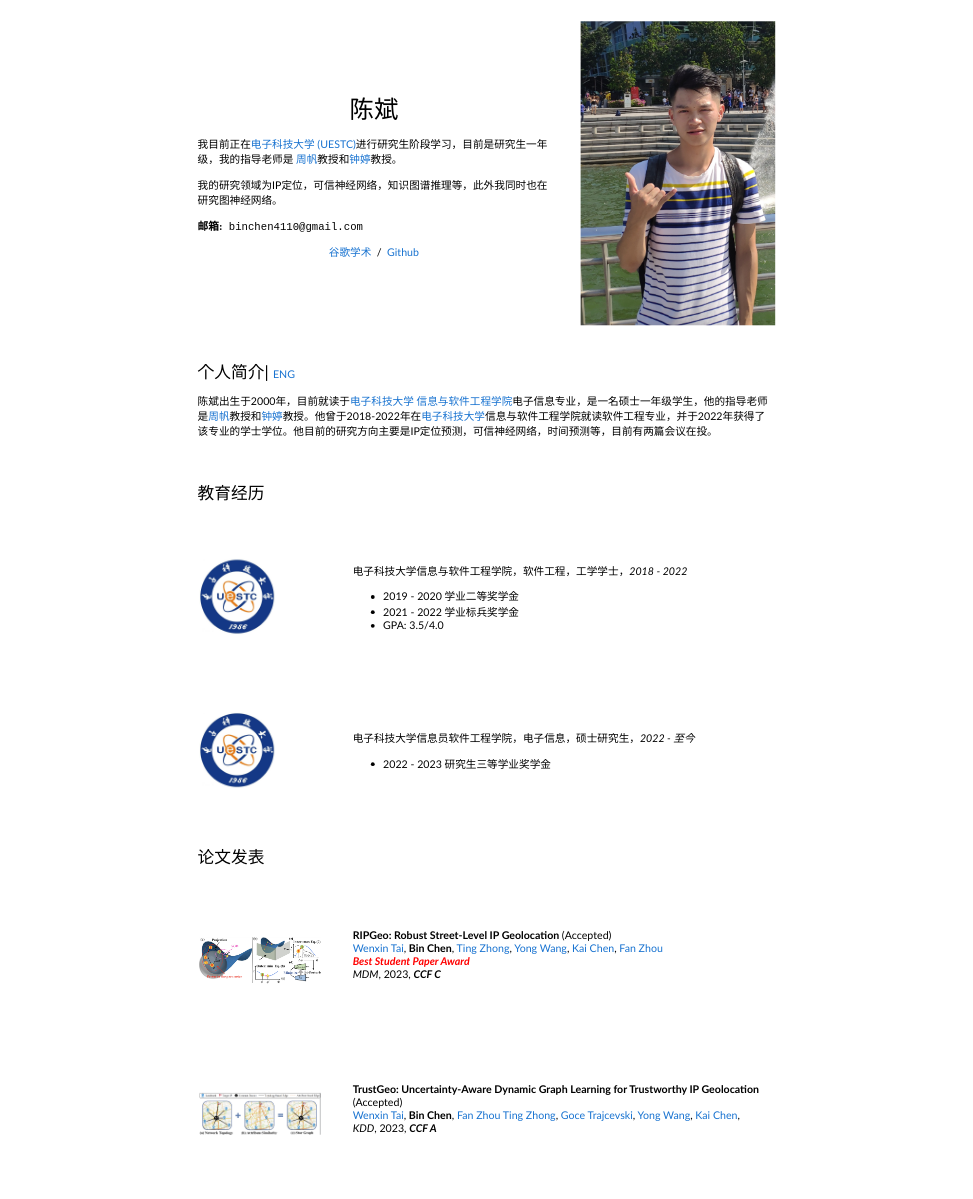
Repository: b1nchen/b1nchen.github.io
Page: index_CHN.html
An editor plug-in stored every save of this project. The page is shown before and after the next save, followed by the edit.
The browser window is 1280 px wide. The pictures show the part of the page from y = 0 to 1578 px (the page is 1950 px tall), at 76% of full size.
A picture or video elsewhere on the page could not be fetched, so the positions and the page height are approximate.

Above is the page before, as saved 2023-07-06 11:06:18.

### index_CHN.html
<!DOCTYPE HTML>
<html lang="en">

<head>
  <meta http-equiv="Content-Type" content="text/html; charset=UTF-8">

  <title>Bin Chen</title>

  <meta name="author" content="Bin Chen">
  <meta name="viewport" content="width=device-width, initial-scale=1">

  <link rel="stylesheet" type="text/css" href="stylesheet.css">
  <link rel="icon" href="images/uestc_icon.jpeg">
</head>

<body>
  <table
    style="width:100%;max-width:800px;border:0px;border-spacing:0px;border-collapse:separate;margin-right:auto;margin-left:auto;">
    <tbody>
      <tr style="padding:0px">
        <td style="padding:0px">
          <table
            style="width:100%;border:0px;border-spacing:0px;border-collapse:separate;margin-right:auto;margin-left:auto;">
            <tbody>
              <tr style="padding:0px">
                <td style="padding:2.5%;width:63%;vertical-align:middle">
                  <p style="text-align:center">
                    <name>陈斌</name>
                  </p>
                  <p>我目前正在<a href="https://en.uestc.edu.cn/">电子科技大学 (UESTC)</a>进行研究生阶段学习，目前是研究生一年级，我的指导老师是 <a
                      href="https://scholar.google.com/citations?user=Ihj2Rw8AAAAJ">周帆</a>教授和<a
                      href="https://scholar.google.com/citations?user=Mdr0XDkAAAAJ">钟婷</a>教授。
                  </p>
                  <p>
                    我的研究领域为IP定位，可信神经网络，知识图谱推理等，此外我同时也在研究图神经网络。
                  </p>
                  <p style="font-family: 'Courier New', Courier, monospace;">
                    <b style="font-family: 'Times New Roman', Times, serif;">邮箱:</b> binchen4110@gmail.com
                    <br>
                    <!-- &nbsp &nbsp &nbsp
                    haoyang[dot]yu417[at]outlook.com <br> -->


                  </p>
                  <p style="text-align:center">
                    <!-- <a href="resume/resume_chn.pdf">个人简历</a> &nbsp/&nbsp -->
                    <a>谷歌学术</a>
                    &nbsp/&nbsp
                    <a href="https://github.com/binchen4110/">Github</a>
                  </p>

                </td>
                <td style="padding:2.5%;width:40%;max-width:40%">
                  <a href="images/profile.jpg"><img style="width:100%;max-width:100%" alt="profile photo"
                      src="images/profile.jpg" class="hoverZoomLink"></a>
                </td>
              </tr>
            </tbody>
          </table>

          <table
            style="width:100%;border:0px;border-spacing:0px;border-collapse:separate;margin-right:auto;margin-left:auto;">
            <tbody>
              <tr>
                <td style="padding:20px;width:100%;vertical-align:middle">
                  <heading>个人简介| <a href="index.html">ENG</a>
                  </heading>
                  <p>
                    陈斌出生于2000年，目前就读于<a
                    href="https://www.uestc.edu.cn/">电子科技大学</a>  <a
                    href="https://www.sise.uestc.edu.cn/">信息与软件工程学院</a>电子信息专业，是一名硕士一年级学生，他的指导老师是<a
                      href="https://scholar.google.com/citations?user=Ihj2Rw8AAAAJ">周帆</a>教授和<a
                      href="https://scholar.google.com/citations?user=Mdr0XDkAAAAJ">钟婷</a>教授。他曾于2018-2022年在<a href="https://www.uestc.edu.cn/">电子科技大学</a>信息与软件工程学院就读软件工程专业，并于2022年获得了该专业的学士学位。他目前的研究方向主要是IP定位预测，可信神经网络，时间预测等，目前有两篇会议在投。<br>

                  </p>
                </td>
              </tr>
            </tbody>
          </table>
          <table
            style="width:100%;border:0px;border-spacing:0px;border-collapse:separate;margin-right:auto;margin-left:auto;">
            <tbody>

            </tbody>
          </table>

          <table
            style="width:100%;border:0px;border-spacing:0px;border-collapse:separate;margin-right:auto;margin-left:auto;">
            <tbody>
              <tr>
                <td style="padding:20px;width:100%;vertical-align:middle">
                  <heading>教育经历</heading>
                </td>
              </tr>
            </tbody>
          </table>
          <table width="100%" align="center" border="0" cellpadding="20">
            <tbody>

              <tr>
                <td style="padding:20px;width:25%;vertical-align:middle">
                  <div class="flexbox">
                    <img src='images/uestc_icon.jpeg' width="100px">
                  </div>
                </td>
                <td style="padding:20px;width:75%;vertical-align:middle">
                  <p>电子科技大学信息与软件工程学院，软件工程，工学学士，<em>2018 -  2022 </em></p>
                  <ul>
                    <li>
                      2019 - 2020 学业二等奖学金
                    </li>
                    <li>
                      2021 - 2022 学业标兵奖学金
                    </li>
                    <li>
                      GPA: 3.5/4.0
                    </li>
                  </ul>
                  <p> </p>
                </td>
              </tr>


              <tr>
                <td style="padding:20px;width:25%;vertical-align:middle">
                  <div class="flexbox">
                    <img src='images/uestc_icon.jpeg' width="100px">
                  </div>
                </td>
                <td style="padding:20px;width:75%;vertical-align:middle">
                  <p>电子科技大学信息员软件工程学院，电子信息，硕士研究生，<em>2022 - 至今</em></p>
                  <ul>
                    <li>2022 - 2023 研究生三等学业奖学金</li>
                  </ul>
                </td>
              </tr>


              <!-- <tr>
                <td align="center" style="padding:20px;width:25%;vertical-align:middle">
                  <heading>Basically <br> Blog Posts</heading>
                </td>
                <td width="75%" valign="middle">
                  <a href="https://arxiv.org/abs/2112.11687">Squareplus: A Softplus-Like Algebraic Rectifier</a>
                  <br>
                  <a href="https://arxiv.org/abs/2010.09714">A Convenient Generalization of Schlick's Bias and Gain
                    Functions</a>
                  <br>
                  <a href="https://arxiv.org/abs/1704.07483">Continuously Differentiable Exponential Linear Units</a>
                </td>
              </tr> -->


            </tbody>
          </table>

          <table width="100%" align="center" border="0" cellspacing="0" cellpadding="20">
            <tbody>
              <tr>
                <td>
                  <heading>论文发表</heading>
                </td>
              </tr>
            </tbody>
          </table>
          <table width="100%" align="center" border="0" cellpadding="20">
            <tbody>

              <!-- MDM 2023 -->
                <tr onmouseout="ripgeo_data()" onmouseover="ripgeo_para()">
                  <td style="padding:20px;width:25%;vertical-align:middle">
                    <div class="one">
                      <div class="two" id='data'>
                        <img src='images/ripgeo_perturb_data.png' width="160">


                      </div>
                      <img src="images/ripgeo_perturb_para.png" width="160">
                    </div>
                    <script type="text/javascript">
                      function ripgeo_data() {
                        document.getElementById('data').style.opacity = "0";
                      }

                      function ripgeo_para() {
                        document.getElementById('data').style.opacity = "1";
                      }
                      ripgeo_data()
                    </script>
                  </td>
                  <td style="padding:20px;width:75%;vertical-align:middle">

                    <papertitle>RIPGeo: Robust Street-Level IP Geolocation </papertitle>(Accepted)

                    <br>
                    <a href="https://scholar.google.com/citations?user=YyxocAIAAAAJ">Wenxin Tai</a>,
                    <strong>Bin Chen</strong>,
                    <a href="https://scholar.google.com/citations?user=Mdr0XDkAAAAJ">Ting Zhong</a>,
                    <a>Yong Wang</a>,
                    <a href="https://scholar.google.com/citations?user=tnRV5QYAAAAJ">Kai Chen</a>,
                    <a href="https://scholar.google.com/citations?user=Ihj2Rw8AAAAJ">Fan Zhou</a>

                    <br>
                    <em><b style="color:red">Best Student Paper Award</b></em>
                    <br>
                    <em>MDM</em>, 2023, <em><strong>CCF C</strong></em>
                    <br>
                    <a href="https://ojs.aaai.org/index.php/AAAI/article/view/21687"></a>
                    <!-- <a href="https://ieeexplore.ieee.org/document/9747900">链接</a>,
                    <a href="https://youtu.be/uT1pEfHbo14">视频</a>,
                    <a href="papers/ICASSP_5513_poster.pdf">海报</a>,
                    <a href="papers/ICASSP_slides.pptx">幻灯片</a>,
                    <a href="papers/ICASSP_2022_FUFI.pdf">下载</a>
                    <p></p>
                    <p>We incorporate evidential learning into IP geolocation to improve the stability of the system.. -->
                    </p>
                  </td>
                </tr>


                <!-- KDD 2023 -->
                <tr onmouseout="FUFI_intro()" onmouseover="FUFI_end()">
                  <td style="padding:20px;width:25%;vertical-align:middle">
                    <div class="one">
                      <div class="two" id='method'>
                        <img src='images/trustgeo_method.png' width="160">


                      </div>
                      <img src="images/trustgeo_model.png" width="160">
                    </div>
                    <script type="text/javascript">
                      function FUFI_intro() {
                        document.getElementById('method').style.opacity = "0";
                      }

                      function FUFI_end() {
                        document.getElementById('method').style.opacity = "1";
                      }
                      FUFI_intro()
                    </script>
                  </td>
                  <td style="padding:20px;width:75%;vertical-align:middle">

                    <papertitle>TrustGeo: Uncertainty-Aware Dynamic Graph Learning for Trustworthy IP Geolocation </papertitle>(Accepted)

                    <br>
                    <a href="https://scholar.google.com/citations?user=YyxocAIAAAAJ">Wenxin Tai</a>,
                    <strong>Bin Chen</strong>,
                    <a href="https://scholar.google.com/citations?user=Ihj2Rw8AAAAJ">Fan Zhou</a>
                    <a href="https://scholar.google.com/citations?user=Mdr0XDkAAAAJ">Ting Zhong</a>,
                    <a href="https://scholar.google.com/citations?user=Avus2kcAAAAJ">Goce Trajcevski</a>,
                    <a>Yong Wang</a>,
                    <a href="https://scholar.google.com/citations?user=tnRV5QYAAAAJ">Kai Chen</a>,

                    <br>
                    <em>KDD</em>, 2023, <em><strong>CCF A</strong></em>
                    <br>
                    <!-- <a href="https://ieeexplore.ieee.org/document/9747900">链接</a>,
                    <a href="https://youtu.be/uT1pEfHbo14">视频</a>,
                    <a href="papers/ICASSP_5513_poster.pdf">海报</a>,
                    <a href="papers/ICASSP_slides.pptx">幻灯片</a>,
                    <a href="papers/ICASSP_2022_FUFI.pdf">下载</a>
                    <p></p>
                    <p>We incorporate evidential learning into IP geolocation to improve the stability of the system.. -->
                    </p>
                  </td>
                </tr>


              </tbody>
          </table>
        </td>
      </tr>
  </table>
  <center>
  <p>
    <font size="2">
      <font size="2">
        <font size="2">&nbsp;<br>自2023年2月来的第
          &nbsp; <a href="https://www.easycounter.com/">
            <img src="https://www.easycounter.com/counter.php?hyson"
            border="0" alt="Web Site Hit Counter"></a> <i>
            <font face="Arial" size="2"></font>
          </i></font>位独立访客
      </font>
    </font>
  </p>


  <!-- <p><script type="text/javascript" id="clustrmaps" src="//clustrmaps.com/map_v2.js?d=zTeQ7rUwgmcb-VHkgGnJarI7gvpzTVAFessGPwxe0HU&cl=ffffff&w=a"></script></p> -->
  <p style="color: #AAAAAA;">© 2023 陈斌 | Powered by <a href="https://pattonyu.github.io/">余昊扬</a> and <a href="https://jonbarron.info/">Jon Barron </a> | 更新时间
      2023-02-28 |
      友情链接: <a href="https://xovee.cn">Xovee Xu</a></p>
  </center>
</body>

</html>

### stylesheet.css
/* latin-ext */
@font-face {
  font-family: 'Lato';
  font-style: italic;
  font-weight: 400;
  src: local('Lato Italic'), local('Lato-Italic'), url(https://fonts.gstatic.com/s/lato/v15/S6u8w4BMUTPHjxsAUi-qNiXg7eU0.woff2) format('woff2');
  unicode-range: U+0100-024F, U+0259, U+1E00-1EFF, U+2020, U+20A0-20AB, U+20AD-20CF, U+2113, U+2C60-2C7F, U+A720-A7FF;
}
/* latin */
@font-face {
  font-family: 'Lato';
  font-style: italic;
  font-weight: 400;
  src: local('Lato Italic'), local('Lato-Italic'), url(https://fonts.gstatic.com/s/lato/v15/S6u8w4BMUTPHjxsAXC-qNiXg7Q.woff2) format('woff2');
  unicode-range: U+0000-00FF, U+0131, U+0152-0153, U+02BB-02BC, U+02C6, U+02DA, U+02DC, U+2000-206F, U+2074, U+20AC, U+2122, U+2191, U+2193, U+2212, U+2215, U+FEFF, U+FFFD;
}
/* latin-ext */
@font-face {
  font-family: 'Lato';
  font-style: italic;
  font-weight: 700;
  src: local('Lato Bold Italic'), local('Lato-BoldItalic'), url(https://fonts.gstatic.com/s/lato/v15/S6u_w4BMUTPHjxsI5wq_FQftx9897sxZ.woff2) format('woff2');
  unicode-range: U+0100-024F, U+0259, U+1E00-1EFF, U+2020, U+20A0-20AB, U+20AD-20CF, U+2113, U+2C60-2C7F, U+A720-A7FF;
}
/* latin */
@font-face {
  font-family: 'Lato';
  font-style: italic;
  font-weight: 700;
  src: local('Lato Bold Italic'), local('Lato-BoldItalic'), url(https://fonts.gstatic.com/s/lato/v15/S6u_w4BMUTPHjxsI5wq_Gwftx9897g.woff2) format('woff2');
  unicode-range: U+0000-00FF, U+0131, U+0152-0153, U+02BB-02BC, U+02C6, U+02DA, U+02DC, U+2000-206F, U+2074, U+20AC, U+2122, U+2191, U+2193, U+2212, U+2215, U+FEFF, U+FFFD;
}
/* latin-ext */
@font-face {
  font-family: 'Lato';
  font-style: normal;
  font-weight: 400;
  src: local('Lato Regular'), local('Lato-Regular'), url(https://fonts.gstatic.com/s/lato/v15/S6uyw4BMUTPHjxAwXiWtFCfQ7A.woff2) format('woff2');
  unicode-range: U+0100-024F, U+0259, U+1E00-1EFF, U+2020, U+20A0-20AB, U+20AD-20CF, U+2113, U+2C60-2C7F, U+A720-A7FF;
}
/* latin */
@font-face {
  font-family: 'Lato';
  font-style: normal;
  font-weight: 400;
  src: local('Lato Regular'), local('Lato-Regular'), url(https://fonts.gstatic.com/s/lato/v15/S6uyw4BMUTPHjx4wXiWtFCc.woff2) format('woff2');
  unicode-range: U+0000-00FF, U+0131, U+0152-0153, U+02BB-02BC, U+02C6, U+02DA, U+02DC, U+2000-206F, U+2074, U+20AC, U+2122, U+2191, U+2193, U+2212, U+2215, U+FEFF, U+FFFD;
}
/* latin-ext */
@font-face {
  font-family: 'Lato';
  font-style: normal;
  font-weight: 700;
  src: local('Lato Bold'), local('Lato-Bold'), url(https://fonts.gstatic.com/s/lato/v15/S6u9w4BMUTPHh6UVSwaPGQ3q5d0N7w.woff2) format('woff2');
  unicode-range: U+0100-024F, U+0259, U+1E00-1EFF, U+2020, U+20A0-20AB, U+20AD-20CF, U+2113, U+2C60-2C7F, U+A720-A7FF;
}
/* latin */
@font-face {
  font-family: 'Lato';
  font-style: normal;
  font-weight: 700;
  src: local('Lato Bold'), local('Lato-Bold'), url(https://fonts.gstatic.com/s/lato/v15/S6u9w4BMUTPHh6UVSwiPGQ3q5d0.woff2) format('woff2');
  unicode-range: U+0000-00FF, U+0131, U+0152-0153, U+02BB-02BC, U+02C6, U+02DA, U+02DC, U+2000-206F, U+2074, U+20AC, U+2122, U+2191, U+2193, U+2212, U+2215, U+FEFF, U+FFFD;
}

a {
  color: #1772d0;
  text-decoration: none;
}

a:focus,
a:hover {
  color: #f09228;
  text-decoration: none;
}

body,
td,
th,
tr,
p,
a {
  font-family: 'Lato', Verdana, Helvetica, sans-serif;
  font-size: 14px
}

strong {
  font-family: 'Lato', Verdana, Helvetica, sans-serif;
  font-size: 14px;
}

heading {
  font-family: 'Lato', Verdana, Helvetica, sans-serif;
  font-size: 22px;
}

papertitle {
  font-family: 'Lato', Verdana, Helvetica, sans-serif;
  font-size: 14px;
  font-weight: 700
}

name {
  font-family: 'Courier New', Courier, monospace;
  font-size: 32px;
}


.flexbox{
  width: 160px;
  height: 160px;
  display: flex;
  align-items: center;
  justify-items: center;
  /* text-align: center; */
}

.flexbox img{
  justify-items: center;
  align-items: center;
  /* text-align: center; */
}


.one {
  width: 160px;
  height: 160px;
  display: flex;
  position: relative;
  align-items: center;
}

.one img{
  width: 160px;
  align-items: center;
}

.two {
  width: 160px;
  height: 160px;
  display: flex;
  position: absolute;
  transition: opacity .2s ease-in-out;
  -moz-transition: opacity .2s ease-in-out;
  -webkit-transition: opacity .2s ease-in-out;
  align-items: center;
}

.two img{
  width: 160px;
  align-items: center;
}

.fade {
  transition: opacity .2s ease-in-out;
  -moz-transition: opacity .2s ease-in-out;
  -webkit-transition: opacity .2s ease-in-out;
}

span.highlight {
  background-color: #ffffd0;
}

After the next save:
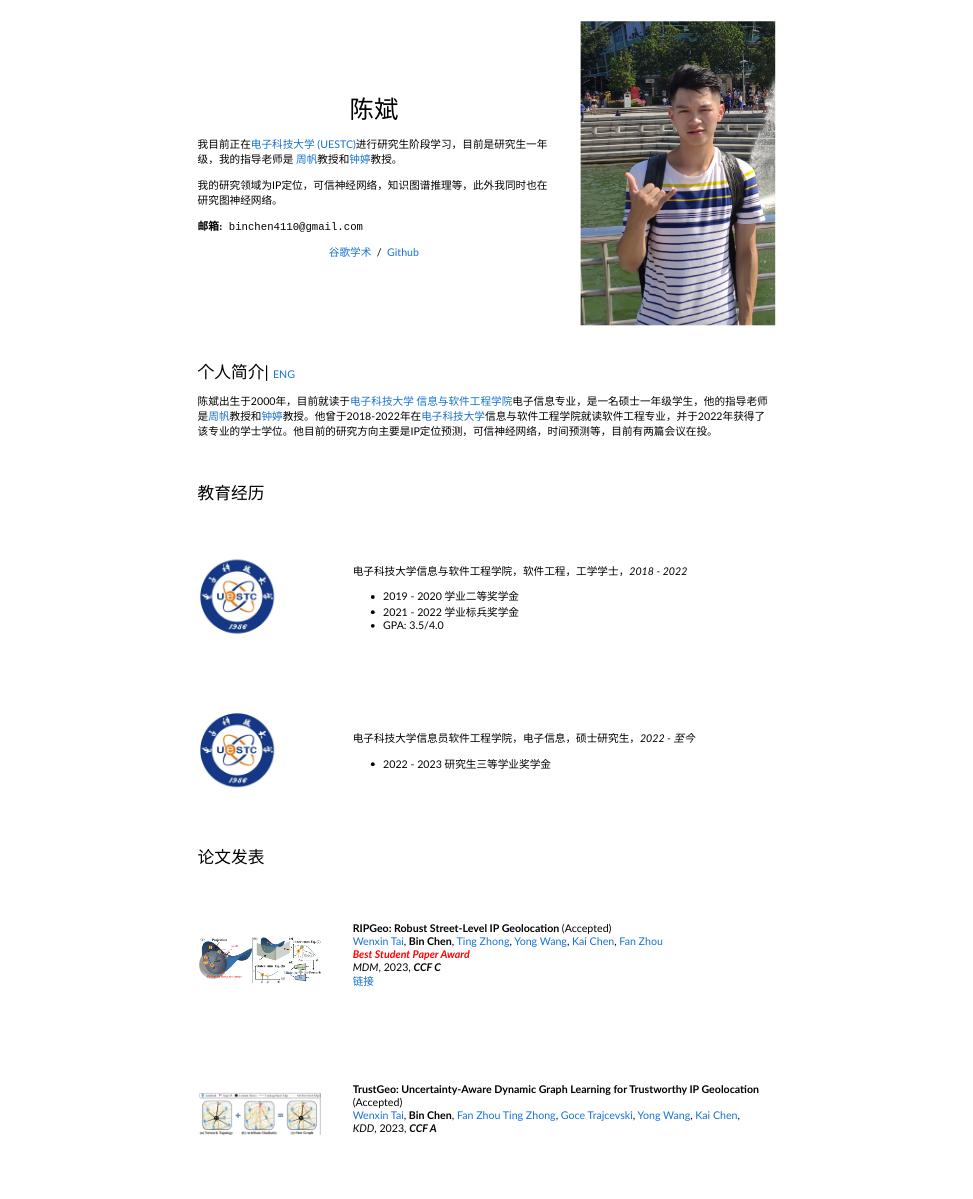
Saved 4 s later.
--- a/index_CHN.html
+++ b/index_CHN.html
@@ -205,7 +205,7 @@
                     <br>
                     <em>MDM</em>, 2023, <em><strong>CCF C</strong></em>
                     <br>
-                    <a href="https://ojs.aaai.org/index.php/AAAI/article/view/21687"></a>
+                    <a href="https://ojs.aaai.org/index.php/AAAI/article/view/21687">链接</a>
                     <!-- <a href="https://ieeexplore.ieee.org/document/9747900">链接</a>,
                     <a href="https://youtu.be/uT1pEfHbo14">视频</a>,
                     <a href="papers/ICASSP_5513_poster.pdf">海报</a>,

After the save that followed:
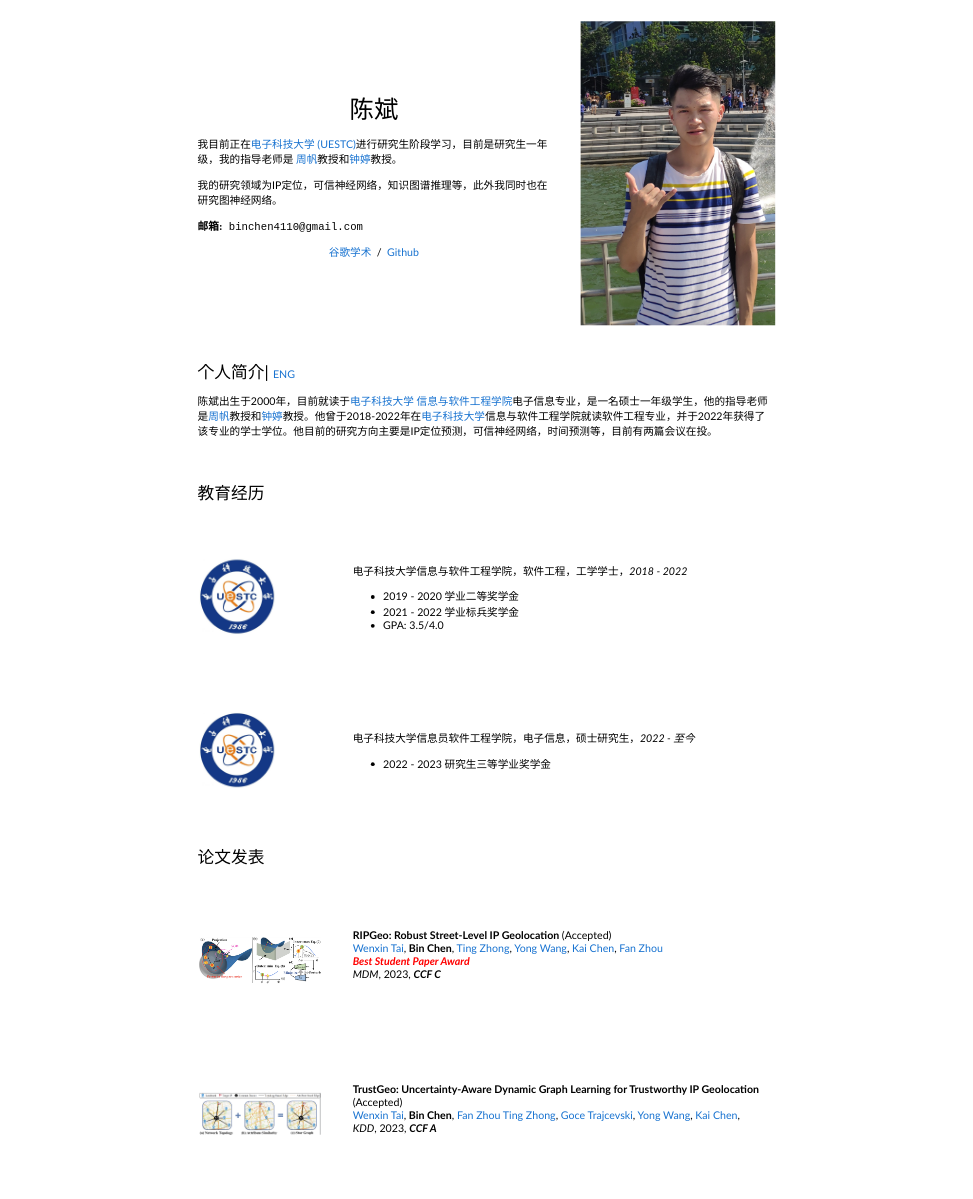
Saved 6 min 8 s later.
--- a/index_CHN.html
+++ b/index_CHN.html
@@ -205,7 +205,7 @@
                     <br>
                     <em>MDM</em>, 2023, <em><strong>CCF C</strong></em>
                     <br>
-                    <a href="https://ojs.aaai.org/index.php/AAAI/article/view/21687">链接</a>
+                    <!-- <a href="https://ojs.aaai.org/index.php/AAAI/article/view/21687">链接</a> -->
                     <!-- <a href="https://ieeexplore.ieee.org/document/9747900">链接</a>,
                     <a href="https://youtu.be/uT1pEfHbo14">视频</a>,
                     <a href="papers/ICASSP_5513_poster.pdf">海报</a>,
